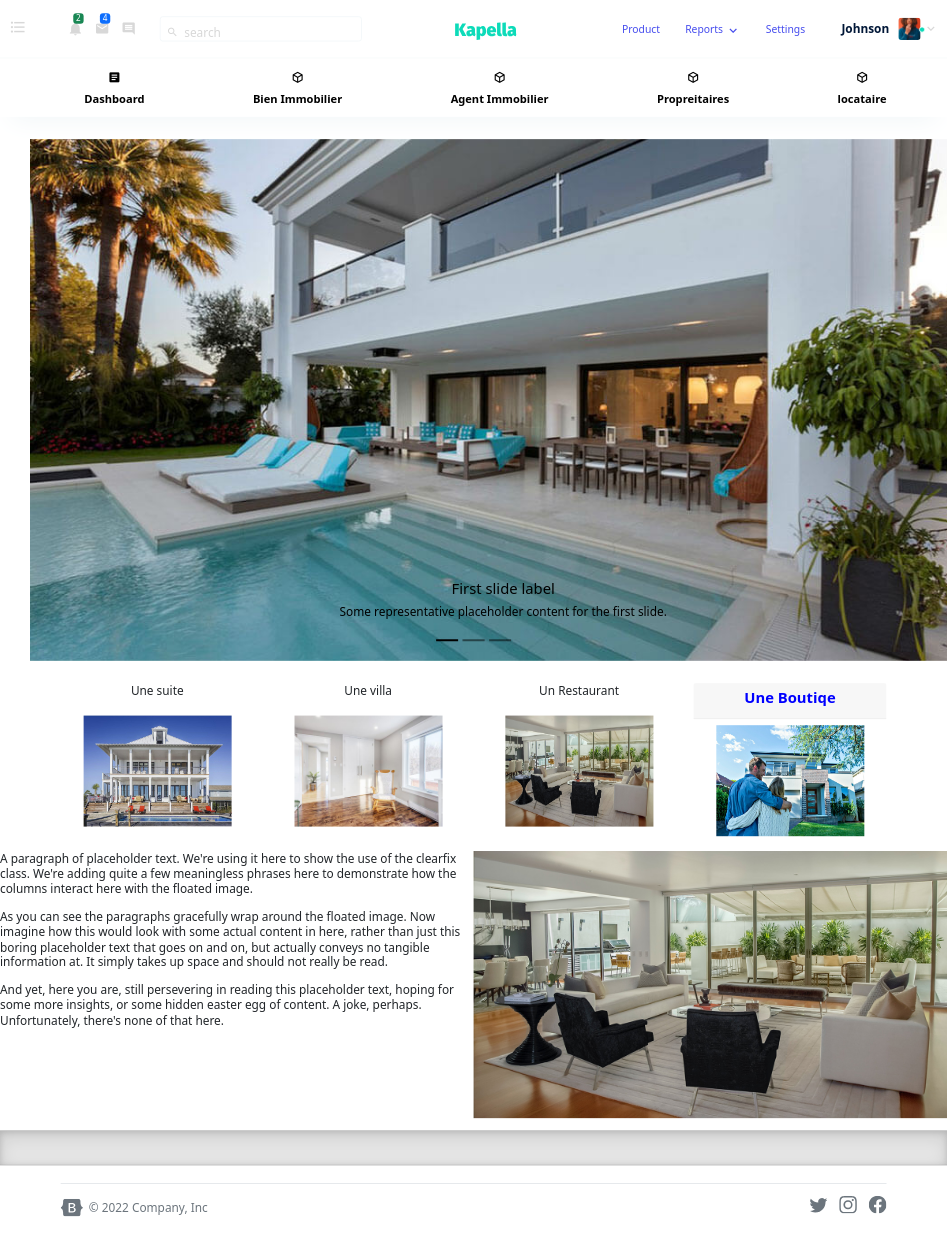
Repository: dimitri0004/Bien
Page: templates/dashbord/index.html.twig
These files come from the project's save history. The page is drawn as it stood at one moment and after the next save; the edit follows.
The browser window is 1280 px wide. The pictures show the whole page, at 74% of full size.
The page is a Twig template of a Symfony application; nobody is signed in and links lead nowhere. The template is opened directly, without the code that normally fills it, so the values that code supplies are empty.

Above is the page before, as saved 2023-04-05 01:49:04.
Console error: TypeError: Cannot read properties of null (reading 'addEventListener')

After the next save:
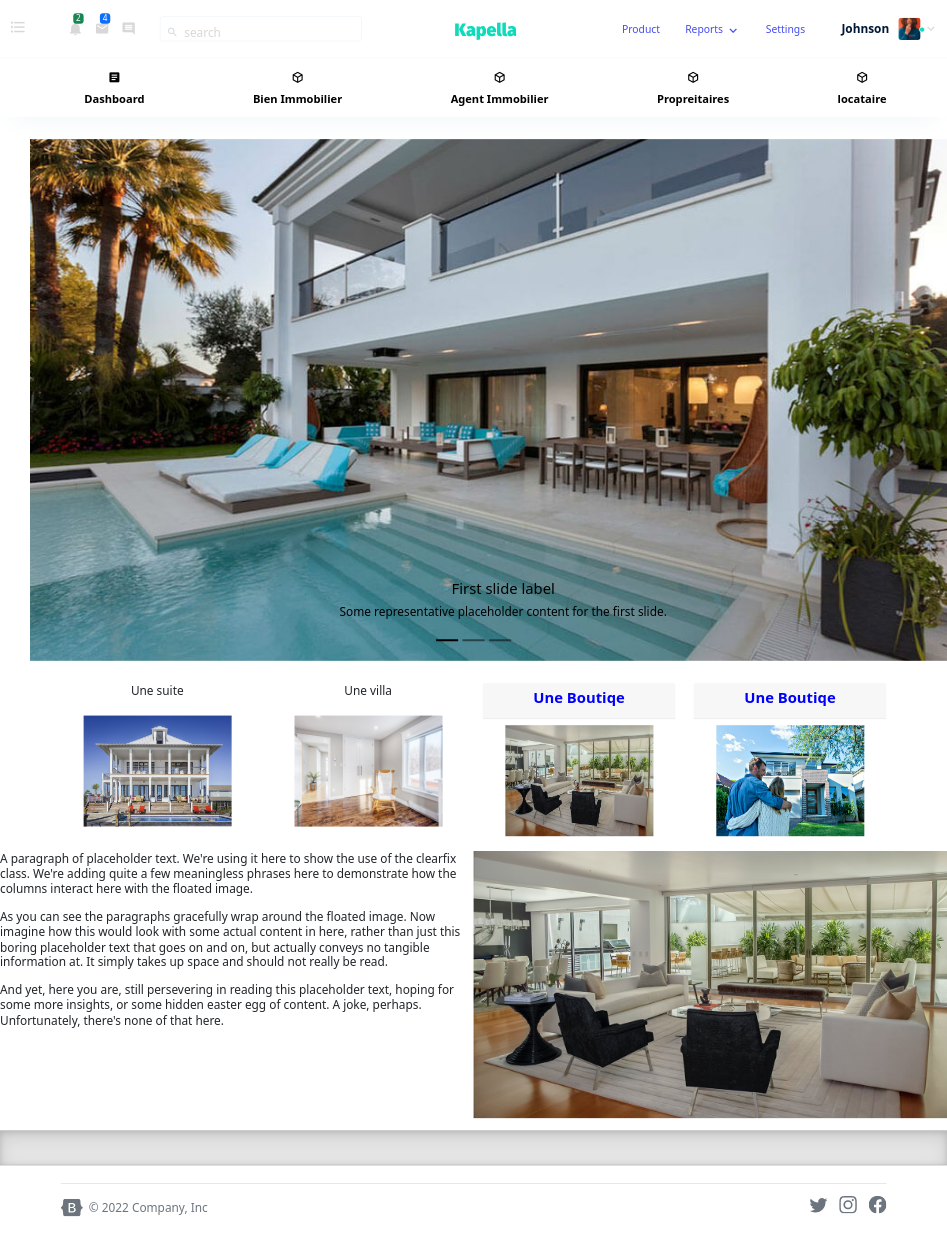
Saved 33 s later.
--- a/templates/dashbord/index.html.twig
+++ b/templates/dashbord/index.html.twig
@@ -54,7 +54,9 @@
                     <img class='mt-2' style="width:200px ; height:150px" src="{{ asset('uploads/img4.jpg') }}" class="d-block w-100" alt="...">
             </div>
             <div class="col">
-                    <p>Un Restaurant </p>
+                    <div class="card-header">
+                        <strong> <h5 class="card-title" style="color: blue;font-weight: bold; " > Une Boutiqe </h5></strong>
+                     </div>
                     <img class='mt-2'style="width:200px ; height:150px" src="{{ asset('uploads/img7.jpg') }}" class="d-block w-100" alt="...">
             </div>
             <div class="col">
